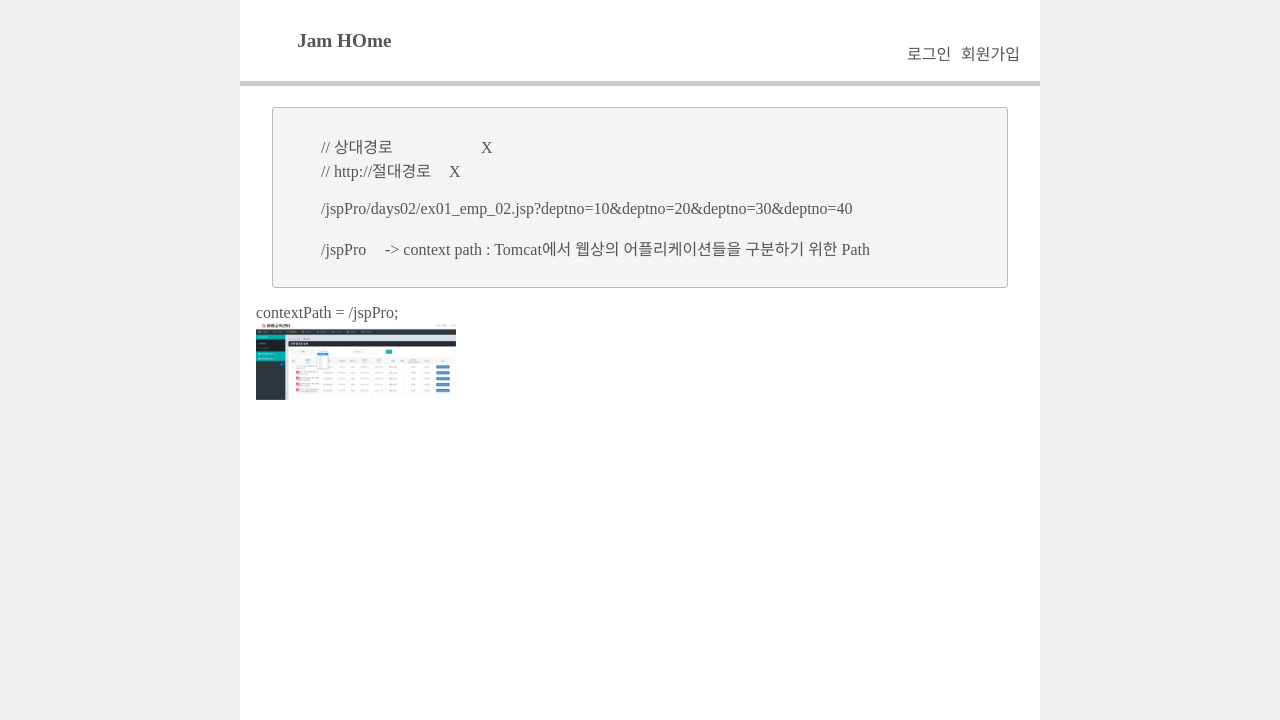
Repository: woals5636/JSPClass
Page: http://localhost/jspPro/days02/ex02.jsp
The author's editor kept a copy of each file at every save. The page is drawn from the files as they stood at one save, then again after the next save.
The browser window is 1280 px wide. The pictures show the whole page.
Some web fonts or font styles are not loaded; a fallback is used. The page is served by Tomcat 9. Other server files are loaded and not shown.

Above is the page before, as saved 2024-10-16 06:12:21.

### jspPro/src/main/webapp/days02/ex02.jsp
<%@ page contentType="text/html; charset=UTF-8" pageEncoding="UTF-8"%>
<!DOCTYPE html>
<html>
<head>
<meta charset="UTF-8">
<title>Insert title here</title>
<link rel="shortcut icon" type="image/x-icon" href="http://localhost/jspPro/images/SiSt.ico">
<script src="https://ajax.googleapis.com/ajax/libs/jquery/3.7.1/jquery.min.js"></script>
<meta name="viewport" content="width=device-width, initial-scale=1.0">
<meta name="google" content="notranslate">
<link rel="stylesheet" href="http://localhost/jspPro/resources/cdn-main/example.css">
<script src="http://localhost/jspPro/resources/cdn-main/example.js"></script>
<style>
 span.material-symbols-outlined{
    vertical-align: text-bottom;
 }
</style>
</head>
<body>
<header>
  <h1 class="main"><a href="#" style="position: absolute;top:30px;">Jam HOme</a></h1>
  <ul>
    <li><a href="#">로그인</a></li>
    <li><a href="#">회원가입</a></li>
  </ul>
</header>
<div>
  <xmp class="code">
  	// 상대경로			X
  	// http://절대경로 	X

  	/jspPro/days02/ex01_emp_02.jsp?deptno=10&deptno=20&deptno=30&deptno=40

  	/jspPro	-> context path : Tomcat에서 웹상의 어플리케이션들을 구분하기 위한 Path
  </xmp>

  <%
  	String contextPath = request.getContextPath();
  %>

  contextPath = <%= contextPath %>;
  <br>
  <img alt="" src="<%= contextPath %>/images/샘플01.png" width="200px">
</div>
</body>
</html>

### jspPro/src/main/webapp/resources/cdn-main/example.css
@charset "UTF-8";

@import url('https://fonts.googleapis.com/css2?family=Material+Symbols+Outlined:opsz,wght,FILL,GRAD@20..48,100..700,0..1,-50..200');

@font-face {
    font-family: 'GmarketSansMedium';
    src: url('https://cdn.jsdelivr.net/gh/projectnoonnu/noonfonts_2001@1.1/GmarketSansMedium.woff') format('woff');
    font-weight: normal;
    font-style: normal;
}

:root {
	--text-color: #555;
	--sub-text-color: #777;
	--back-color: #EFEFEF;
	--header-color: #444;
	--primary-color: #DEDEDE;
	--secondary-color: #EFEFEF;
	--default-width: 800px;
	--narrow-width: 500px;
	--wide-width: 1200px;
	--text-font: 'GmarketSansMedium';
	--icon-font: 'Material Symbols Outlined';
	--border-color: #CCC;
}

html, body {
	margin: 0;
	padding: 0;
}

html {
	background-color: var(--back-color);
	display: flex;
	justify-content: center;
	min-height: 100vh;
}

body, body.default {
	width: var(--default-width);
	background-color: white;
	padding-bottom: 120px;
}

body.wide {
	width: var(--wide-width);
}

body.narrow {
	width: var(--narrow-width);
}



body, p, div, span, a, input, select, option, textarea, button, table, th, td, label, fieldset, legend {
	font-family: var(--text-font);
	color: var(--text-color);
}

h1, h2, h3 {
	font-family: var(--text-font);
	color: var(--header-color);
	padding: 0 1rem;
	padding-top: .5rem;
}

div > h1, div > h2, div > h3 {
	padding: 0;
}

body > div, body > main > div {
	padding: 0.3rem 1rem;
}


h1 { font-size: 2rem; border-bottom: 1px solid var(--border-color); }
h1 small { font-size: 1.2rem; color: var(--sub-text-color); }
h2 { font-size: 1.5rem; border-bottom: 1px dashed var(--border-color); }
h2 small { font-size: 1.1rem; color: --sub-text-color; }
h3 { font-size: 1.2rem; }
h3 small { font-size: 1rem; color: --sub-text-color; }



h1.main::before {
	font-family: var(--icon-font);
  	content: '\e666';
  	margin-right: 10px;
  	float: left;
	font-size: 2.5rem;
}

h1.sub::before {
	font-family: var(--icon-font);
  	content: '\ea19';
  	margin-right: 10px;
  	float: left;
	font-size: 2.5rem;
}


h1.page::before {
	font-family: var(--icon-font);
  	content: '\e0e0';
  	margin-right: 10px;
  	float: left;
	font-size: 2.5rem;
}

body > header > ul > li > .active{
	background-color: #FFF;
	color:#F00;
}

body > header {
	display: flex;
	justify-content: space-between;
	border-bottom: 5px solid var(--border-color);
	min-height: 74px;
	background-color: #FFF;
}

body > header.sticky {
	position: sticky;
	top: 0;
	z-index: 98;
}

body > header > h1 {
	font-size: 1.2rem;
	border: 0;
}

body > header.in > h1::before {
	font-family: var(--icon-font);
  	content: '\e332‥';
  	margin-right: 3px;
  	float: left;
	font-size: 2rem;
}


body > header > ul {
	list-style-type: none;
	display: flex;
	align-items: flex-end;
	margin-right: 10px;
}

body > header > ul > li {
	margin-right: 10px;
	cursor: pointer;
}

body > header > ul > li > a {
	cursor: pointer;
}


form {
	display: block;
}

form > div {
	padding: 0.3rem 1rem;
}

div > form > div {
	padding: 0.3rem 0;
}

input, textarea, button, select {
	border: 1px solid #BBB;
	border-radius: 3px;
	outline: none;
	resize: none;
	padding: 7px;
	margin: 0;
}

input[type=text]:read-only, textarea:read-only {
	cursor: not-allowed;
	background-color: #FFF;
}

input[type=text]:disabled, textarea:disabled {
	cursor: not-allowed;
	background-color: #EEE;
}

input[type=text], input[type=password], textarea, button, select {
	/* width: 300px; */
}

textarea {
	display: block;
	height: 100px;
}

input[type=button], input[type=submit], button {
	/* width: inherit; */
}

input.short, textarea.short, button.short, select.short {
	width: 100px;
}

input.long, textarea.long, button.long, select.long {
	width: 350px;
}

.narrow input.long, .narrow textarea.long, .narrow button.long, .narrow select.long {
	width: calc(100% - 20px);
}

input.full, textarea.full, button.full, select.full {
	width: calc(100% - 20px);
}

textarea.short {
	height: 50px;
}

textarea.long {
	height: 100px;
}

textarea.full {
	height: 200px;
}

input, textarea {
	padding-top: 8px;
}

input[type=button], input[type=submit], button {
	padding: 5px 10px;
	background-color: var(--secondary-color);
	cursor: pointer;
	min-height: 36px;
}

input[type=button].primary, input[type=submit].primary, button.primary {
	/* background-color: rgba(100, 149, 237, .2); */
	background-color: var(--primary-color);
}

input[type=button].primary:hover, input[type=submit].primary:hover, button.primary:hover {
	/* background-color: rgba(100, 149, 237, .3); */
	background-color: var(--secondary-color);
}

input[type=button]:hover, input[type=submit]:hover, button:hover {
	background-color: var(--primary-color);
}

button {
	position: relative;
	left: 0;
	top: 0;
	padding-left: 35px;
}

button .material-symbols-outlined {
	position: absolute;
	left: 10px;
	top: 4px;
}

/* k2nik add */
button.login::before {
	font-family: var(--icon-font);
  	content: '\ea77';
	position: absolute;
	left: 11px;
	top: 4px;
	font-size: 1.25rem;
}

/* k2nik logout */
button.logout::before {
	font-family: var(--icon-font);
  	content: '\e9ba';
	position: absolute;
	left: 11px;
	top: 4px;
	font-size: 1.25rem;
}

/* k2nik help */
button.help::before {
	font-family: var(--icon-font);
  	content: '\f1c0';
	position: absolute;
	left: 11px;
	top: 4px;
	font-size: 1.25rem;
}

button.add::before{
	font-family: var(--icon-font);
  	content: '\e746';
	position: absolute;
	left: 11px;
	top: 4px;
	font-size: 1.25rem;
}

button.back::before {
	font-family: var(--icon-font);
  	content: '\e166';
	position: absolute;
	left: 11px;
	top: 4px;
	font-size: 1.25rem;
}

button.list::before {
	font-family: var(--icon-font);
  	content: '\e0ee';
	position: absolute;
	left: 11px;
	top: 4px;
	font-size: 1.25rem;
}


button.del::before {
	font-family: var(--icon-font);
  	content: '\e872';
	position: absolute;
	left: 11px;
	top: 4px;
	font-size: 1.25rem;
}


button.edit::before {
	font-family: var(--icon-font);
  	content: '\e745';
	position: absolute;
	left: 11px;
	top: 4px;
	font-size: 1.25rem;
}


button.login::before {
	font-family: var(--icon-font);
  	content: '\ea77';
	position: absolute;
	left: 11px;
	top: 4px;
	font-size: 1.25rem;
}


button.logout::before {
	font-family: var(--icon-font);
  	content: '\e9ba';
	position: absolute;
	left: 11px;
	top: 4px;
	font-size: 1.25rem;
}


button.in::before {
	font-family: var(--icon-font);
  	content: '\f71a';
	position: absolute;
	left: 11px;
	top: 4px;
	font-size: 1.25rem;
}


button.out::before {
	font-family: var(--icon-font);
  	content: '\f70e';
	position: absolute;
	left: 11px;
	top: 4px;
	font-size: 1.25rem;
}


button.reply::before {
	font-family: var(--icon-font);
  	content: '\e15e';
	position: absolute;
	left: 11px;
	top: 4px;
	font-size: 1.25rem;
}


button.comment::before {
	font-family: var(--icon-font);
  	content: '\e0b9';
	position: absolute;
	left: 11px;
	top: 4px;
	font-size: 1.25rem;
}


button.modal::before {
	font-family: var(--icon-font);
  	content: '\e89e';
	position: absolute;
	left: 11px;
	top: 4px;
	font-size: 1.25rem;
}


button.ok::before {
	font-family: var(--icon-font);
  	content: '\e86c';
	position: absolute;
	left: 11px;
	top: 4px;
	font-size: 1.25rem;
}


button.cancel::before {
	font-family: var(--icon-font);
  	content: '\e5c9';
	position: absolute;
	left: 11px;
	top: 4px;
	font-size: 1.25rem;
}

button.search::before {
	font-family: var(--icon-font);
  	content: '\e8b6';
	position: absolute;
	left: 11px;
	top: 4px;
	font-size: 1.25rem;
}

button.home::before {
	font-family: var(--icon-font);
  	content: '\e88a';
	position: absolute;
	left: 11px;
	top: 4px;
	font-size: 1.25rem;
}


button.sidebar::before {
	font-family: var(--icon-font);
  	content: '\f7e4';
	position: absolute;
	left: 11px;
	top: 4px;
	font-size: 1.25rem;
}


button.sidebar-right::before {
	font-family: var(--icon-font);
  	content: '\f7e5';
	position: absolute;
	left: 11px;
	top: 4px;
	font-size: 1.25rem;
}




button::before {
	font-family: var(--icon-font);
  	content: '\e323';
	position: absolute;
	left: 11px;
	top: 4px;
	font-size: 1.25rem;
}


table {
	border-collapse: collapse;
	margin: 1rem;
	box-sizing: border-box;
	width: calc(100% - 32px);
}

table.content {
	width: auto;
}

div > table {
	margin: 0;
}

table th, table td {
	border: 1px solid var(--border-color);
	padding: 7px;
	font-weight: normal;
}

table th {
	background-color: var(--back-color);
}

table.vertical th {
	width: 150px;
}

table.vertical td {
	width: calc(100% - 182px);
	padding-left: 10px;
}

table.content td, table.content th {
	width: auto;
}

body.narrow table.vertical th {
	width: 100px;
}

body.narrow table.vertical td {
	width: calc(100% - 182px);
}


table + table {
	margin-top: 30px;
}


p {
	padding: 0 1rem;
}

a {
	text-decoration: none;
}

a:hover {
	color: rgba(255, 99, 71, .7);
}

hr {
	border: 0;
	border-top: 1px solid var(--border-color);
	margin: 2rem 0;
}

.message {
	border: 1px solid var(--border-color);
	background-color: #EFEFEF;
	margin: 1rem;
	width: auto;
	padding-top: 10px;
	padding-bottom: 10px;
	font-size: 14px;
}

.message[title]::before {
	content: attr(title);
	display: block;
	border-bottom: 1px solid var(--border-color);
	padding-bottom: 5px;
	margin-bottom: 10px;
	margin-top: 7px;
}

.message.short {
	max-width: 250px;
}

.message.long {
	max-width: 500px;
}

.badge {
	float: right;
	font-size: .8rem;
	margin-top: 2px;
	margin-right: 2px;
	text-shadow: 0 0 7px gray;
}

.badge.left {
	float: none;
	margin-left: 2px;
}

.badge.right {
	float: right;
}

.badge.red {
	border-radius: 50%;
	padding: 2px 5px;
	background-color: rgb(255, 99, 71, .3);
}

.badge.yellow {

	border-radius: 50%;
	padding: 2px 5px;
	background-color: rgb(255, 215, 0, .5);
}

.badge.blue {
	border-radius: 50%;
	padding: 2px 5px;
	background-color: rgb(100, 149, 237, .3);
}

label + label {
	margin-left: 7px;
}

label input[type=checkbox], label input[type=radio] {
	transform: translate(0, 1px);
}

.group {
	display: flex;
}

.modal-content .group {
	margin-bottom: .5rem;
}

.group label {
	border: 1px solid #BBB;
	border-radius: 3px;
	outline: none;
	resize: none;
	padding: 7px 14px;
	margin: 0;
	border-top-right-radius: 0;
	border-bottom-right-radius: 0;
	background-color: #EFEFEF;
	white-space: nowrap;
	font-size: 14px;
}

.group input[type=text] {
	margin-left: -1px;
	border-top-left-radius: 0;
	border-bottom-left-radius: 0;
}

.group select {
	margin-left: -1px;
	border-top-left-radius: 0;
	border-bottom-left-radius: 0;
}

.group input.full[type=text] {
	margin-left: -1px;
	border-top-left-radius: 0;
	border-bottom-left-radius: 0;
	width: 100%;
}

.group input[type=button]:first-child, .group button:first-child {
	border-top-left-radius: 3px;
	border-bottom-left-radius: 3px;
	margin-left: 0px;
}

.group input[type=button], .group button {
	border-radius: 0;
	margin-left: -1px;
}

.group input[type=button]:last-child, .group button:last-child {
	margin-left: -1px;
	border-top-right-radius: 3px;
	border-bottom-right-radius: 3px;
}

.seperate {
	display: flex;
	justify-content: space-between;
}

div.list {
	width: max-content;
	margin: 1rem;
	border: 1px solid #BBB;
	border-radius: 3px;
	padding: 0;
}

div.list.full {
	width: auto;
	display: block;
	margin: 1rem;
	border: 1px solid #BBB;
	border-radius: 3px;
	padding: 0;
}

div.list > div {
	padding: .5rem 1rem;
	margin: 0;
	border-bottom: 1px solid #BBB;
}

div.list > div:last-child {
	border-bottom: 0;
}

pre.code , xmp.code{
	font-family: consols;
	background-color: rgba(150, 150, 150, .1);
	border: 1px solid #BBB;
	border-radius: 3px;
	padding: .5rem 1rem;
	padding-bottom: .6rem;
	margin: 1rem;
}




*[data-modal-window] {
	position: fixed;
	background-color: rgba(0, 0, 0, .3);
	left: 0;
	top: 0;
	display: none;
	justify-content: center;
	align-items: flex-start;
	width: 100%;
	min-height: 100vh;
	z-index: 100;
	opacity: 0;
	transition: 500ms all;
}

*[data-modal-window] .modal-container {
	border-radius: 5px;
	padding: 1rem;
	padding-bottom: .5rem;
	margin-top: -500px;
	opacity: 0;
	width: 500px;
	background-color: #FFF;
	margin-right: 2rem;
	transition: 500ms all;
}

*[data-modal-size=content] .modal-container {
	width: auto;
}

*[data-modal-size=narrow] .modal-container {
	width: 300px;
}

*[data-modal-size=wide] .modal-container {
	width: 760px;
}


*[data-modal-window] .modal-header {
	border-bottom: 1px solid var(--border-color);
	padding: 2px 5px;
}

*[data-modal-window] .modal-content {
	padding: 1rem 5px;
}

*[data-modal-window] .modal-content div:last-child {
	margin-top: 1rem;
	text-align: right;
}



*[data-sidebar-window] {
	position: fixed;
	background-color: #FFF;
	left: 0;
	top: 0;
	display: block;
	width: 300px;
	border-right: 1px solid var(--border-color);
	box-sizing: border-box;
	box-shadow: 0 0 3px var(--back-color);
	min-height: 100vh;
	z-index: 99;
	transform: translate(-300px, 0);
	transition-duration: 500ms;
	transition-property: transform;
}

*[data-sidebar-direction=right] {
	left: auto;
	right: 0;
	transform: translate(300px, 0);
	border-left: 1px solid var(--border-color);
}

*[data-sidebar-size=wide] {
	width: 500px;
	transform: translate(-500px, 0);
}

*[data-sidebar-window] .sidebar-title {
	border-bottom: 1px solid var(--border-color);
	margin-top: 20px;
	margin-bottom: 20px;
	padding-bottom: 5px;
	display: flex;
	justify-content: space-between;
}

*[data-sidebar-window] .sidebar-title span:last-child {
	cursor: pointer;
}


/* K2Nik pagination */
.center {
  text-align: center;
}

.pagination {
  display: inline-block;
}

.pagination a {
  color: black;
  float: left;
  padding: 3px 6px;
  text-decoration: none;
  transition: background-color .3s;
  border: 1px solid #ddd;
  margin: 0 3px;
}

.pagination a.active {
  background-color: #4CAF50;
  color: white;
  border: 1px solid #4CAF50;
}

.pagination a:hover:not(.active) {background-color: #ddd;}

### jspPro/src/main/webapp/resources/cdn-main/example.js

window.onload = () => {

    const list = document.querySelectorAll('input, textarea');

    list.forEach(item => {
        item.setAttribute('autocomplete', 'off');
    });


    const modal_btn_list = document.querySelectorAll('*[data-modal-button]');

    modal_btn_list.forEach(item => {
        item.onclick = function() {

            const name = this.dataset['modalButton'];
            const modal_window = document.querySelector('*[data-modal-window=' + name);

            const container = document.createElement('div');
            container.className = 'modal-container';



            const modal_header = document.createElement('div');
            modal_header.textContent = modal_window.dataset['modalTitle'];
            modal_header.className = 'modal-header';
            container.appendChild(modal_header);

            const modal_content = document.createElement('div');
            modal_content.className = 'modal-content';
            container.appendChild(modal_content);

            Array.from(modal_window.childNodes).forEach(item => {
                modal_content.appendChild(item);
            });

            modal_window.appendChild(container);

            modal_window.style.display = 'flex';

            setTimeout(() => {
                modal_window.style.opacity = 1;
                container.style.marginTop = '20px';
                container.style.opacity = 1;
            }, 50);


            const modal_ok = document.querySelector('*[data-modal-ok=' + name);
            modal_ok.addEventListener('click', function() {
                modal_window.style.opacity = 0;
                container.style.marginTop = '-500px';
                container.style.opacity = 0;

                setTimeout(() => {
                    modal_window.innerHTML = modal_content.innerHTML;
                    modal_window.style.display = 'none';
                }, 500);

            });

            const modal_cancel = document.querySelector('*[data-modal-cancel=' + name);
            modal_cancel.addEventListener('click', function() {

                modal_window.style.opacity = 0;
                container.style.marginTop = '-500px';
                container.style.opacity = 0;

                setTimeout(() => {
                    modal_window.innerHTML = modal_content.innerHTML;
                    modal_window.style.display = 'none';
                }, 500);
            });


        };
    });


    const sidebar_btn_list = document.querySelectorAll('*[data-sidebar-button]');

    sidebar_btn_list.forEach(item => {
        item.onclick = function() {



            const name = this.dataset['sidebarButton'];
            const sidebar_window = document.querySelector('*[data-sidebar-window=' + name);

            if (sidebar_window.style.transform == 'translate(0px, 0px)') return;



            sidebar_window.style.transform = 'translate(0, 0)';

            const sidebar_title = document.createElement('div');
            sidebar_title.className = 'sidebar-title';
            sidebar_title.innerHTML = '<span>' + sidebar_window.dataset['sidebarTitle'] + '</span><span class="material-symbols-outlined">close</span>';

            sidebar_title.children[1].onclick = function() {

                let sign = 1;
                let distance = 300;

                if (sidebar_window.dataset['sidebarDirection'] != 'right') {
                    sign = -1;
                } else {
                    sign = 1;
                }

                if (sidebar_window.dataset['sidebarSize'] != 'wide') {
                    distance = 300;
                } else {
                    distance = 500;
                }

                distance *= sign;

                sidebar_window.style.transform = 'translate(' + distance + 'px, 0)';

                setTimeout(function() {
                    sidebar_window.removeChild(sidebar_window.children[0]);
                }, 500);
            };


            sidebar_window.prepend(sidebar_title);

        }
    });

};

// window.onkeydown = function(event) {

//     if (event.keyCode == 27) {
//         if (document.querySelector('[data-modal-window').style.display == 'flex') {
//             document.querySelector('[data-modal-window').style.display = 'none';
//         }
//     }

// };

After the next save:
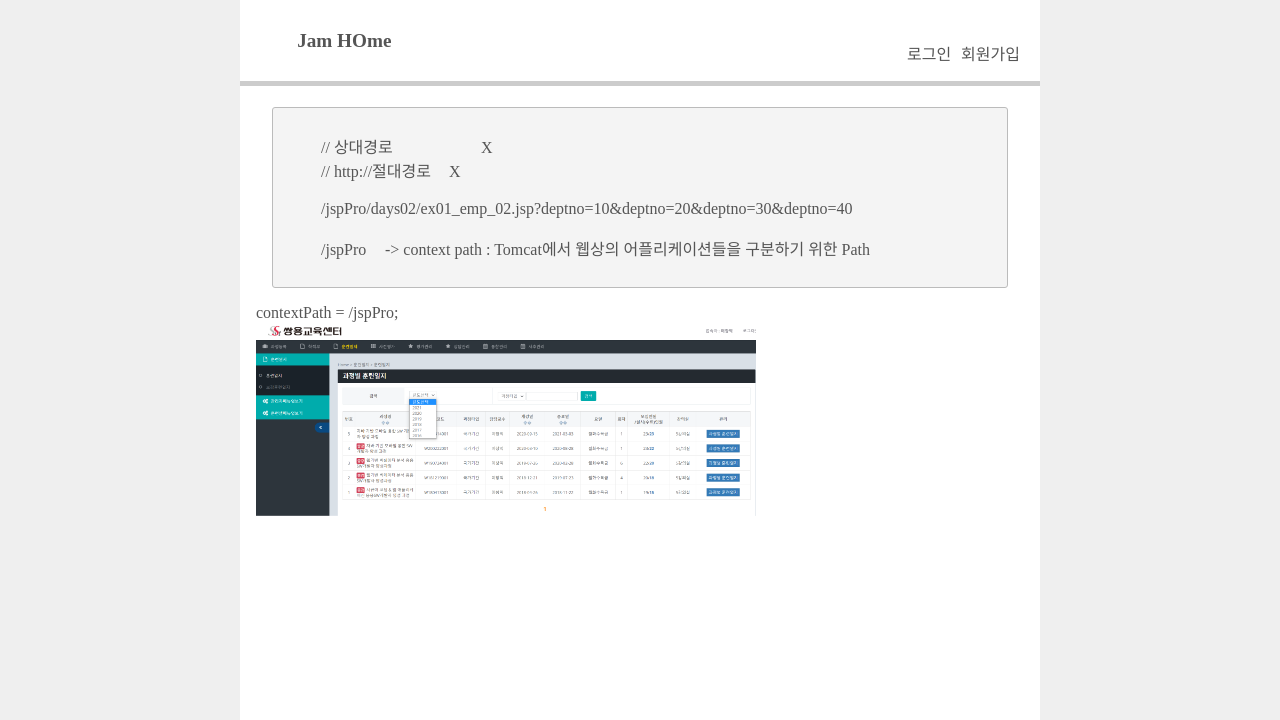
Saved 6 s later.
--- a/jspPro/src/main/webapp/days02/ex02.jsp
+++ b/jspPro/src/main/webapp/days02/ex02.jsp
@@ -40,7 +40,7 @@
 
   contextPath = <%= contextPath %>;
   <br>
-  <img alt="" src="<%= contextPath %>/images/샘플01.png" width="200px">
+  <img alt="" src="<%= contextPath %>/images/샘플01.png" width="500px">
 </div>
 </body>
 </html>
